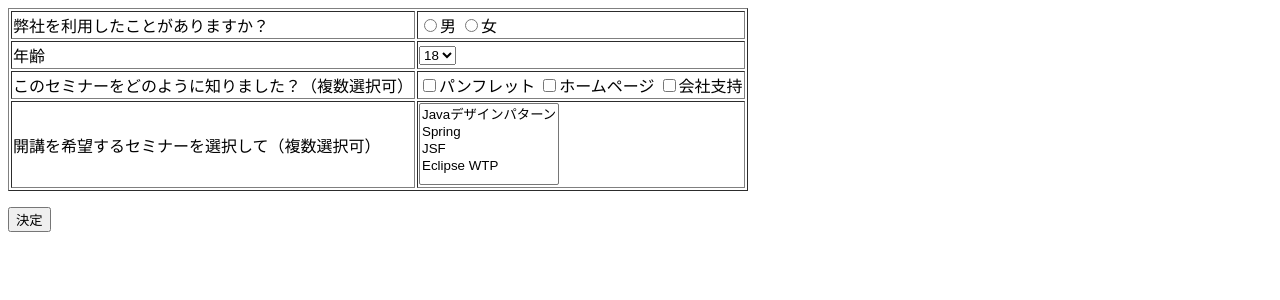
Repository: ict20215/ict
Page: http://localhost/test/jsp/Rei08_request.jsp
The author's editor kept a copy of each file at every save. The page is drawn from the files as they stood at one save, then again after the next save.
The browser window is 1280 px wide. The pictures show the whole page.
The page is served by Tomcat 9. Other server files are loaded and not shown.

Above is the page before, as saved 2021-10-20 05:27:01.

### test/WebContent/jsp/Rei08_request.jsp
<%@ page contentType="text/html; charset=UTF-8"%>
<%@ taglib uri="http://java.sun.com/jsp/jstl/core" prefix="s" %>
<!DOCTYPE html>
<html>
<head>
<meta http-equiv="content-type" content="text/html; charset=UTF-8">
<title>rei08_request.jsp</title>
</head>
<body>

	<form action="../a" method="POST">
		<table border="1">
			<tr>
				<td>弊社を利用したことがありますか？</td>
				<td><input type="radio" name="sei" value="初めて利用する">男 <input
					type="radio" name="sei" value="女">女</td>
			</tr>
			<tr>
				<td>年齢</td>
				<td>
				    <select name="nen">
						<s:forEach var="i" begin="18" end="90" step="1">
							<option value="${i}"><s:out value="${i}"/></option>
						</s:forEach>
                    </select>
        		</td>
			</tr>
			<tr>
				<td>このセミナーをどのように知りました？（複数選択可）</td>
				<td>
					<input type="checkbox" name="mosidoki" value="パンフレット">パンフレット
					<input type="checkbox" name="mosidoki" value="ホームページ">ホームページ
					<input type="checkbox" name="mosidoki" value="会社指示">会社支持
				</td>
			</tr>
			<tr>
				<td>開講を希望するセミナーを選択して（複数選択可）</td>
				<td>
					<select name="seminar" multiple="multiple">
						<option value="Javaデザインパターン">Javaデザインパターン</option>
						<option value="Spring">Spring</option>
						<option value="JSF">JSF</option>
						<option value="Eclipse WTP">Eclipse WTP</option>
					</select>
				</td>

			</tr>
		</table>
		<p>
			<input type="submit" value="決定">
		</p>
	</form>
</body>
</html>

After the next save:
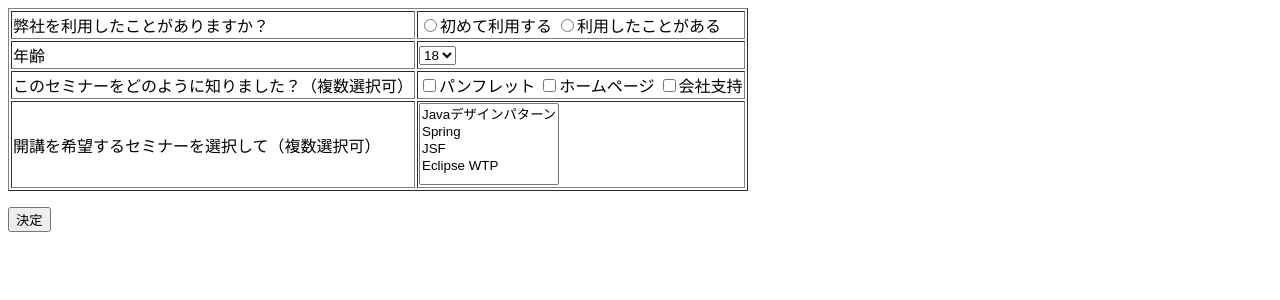
Saved 41 s later.
--- a/test/WebContent/jsp/Rei08_request.jsp
+++ b/test/WebContent/jsp/Rei08_request.jsp
@@ -12,8 +12,8 @@
 		<table border="1">
 			<tr>
 				<td>弊社を利用したことがありますか？</td>
-				<td><input type="radio" name="sei" value="初めて利用する">男 <input
-					type="radio" name="sei" value="女">女</td>
+				<td><input type="radio" name="sei" value="初めて利用する">初めて利用する <input
+					type="radio" name="sei" value="利用したことがある">利用したことがある</td>
 			</tr>
 			<tr>
 				<td>年齢</td>
